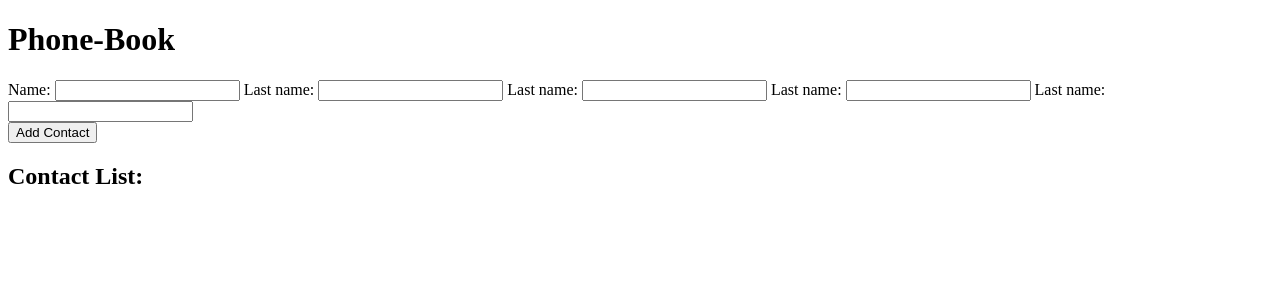
Repository: STA1357/Phone-book
Page: Inner.html
An editor plug-in stored every save of this project. The page is shown before and after the next save, followed by the edit.
The browser window is 1280 px wide. The pictures show the whole page.

Above is the page before, as saved 2020-12-08 09:33:56.

After the next save:
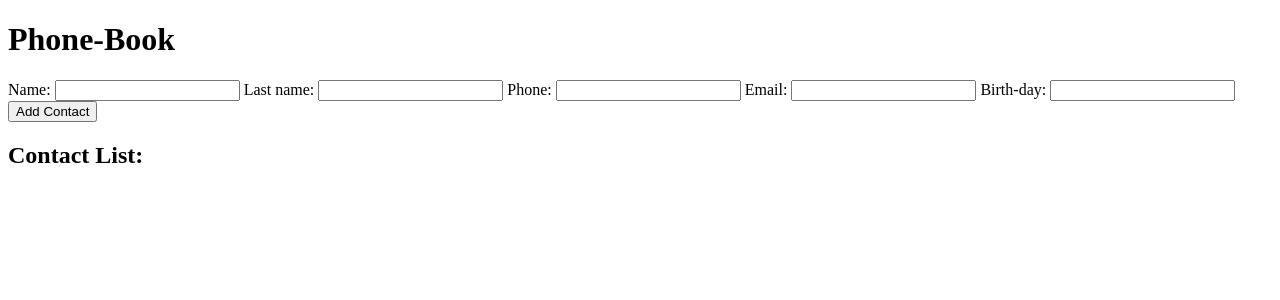
Saved 84 s later.
--- a/Inner.html
+++ b/Inner.html
@@ -21,12 +21,12 @@
                 <input type="text" id="nameInput">
                 <label for="lname">Last name:</label>
                 <input type="text" id="lnameInput">
-                <label for="lname">Last name:</label>
-                <input type="text" id="lnameInput">
-                <label for="lname">Last name:</label>
-                <input type="text" id="lnameInput">
-                <label for="lname">Last name:</label>
-                <input type="text" id="lnameInput">
+                <label for="tel">Phone:</label>
+                <input type="text" id="telInput">
+                <label for="email">Email:</label>
+                <input type="text" id="emailInput">
+                <label for="birthname">Birth-day:</label>
+                <input type="text" id="birthnameInput">
             </div>
 
         </main>
